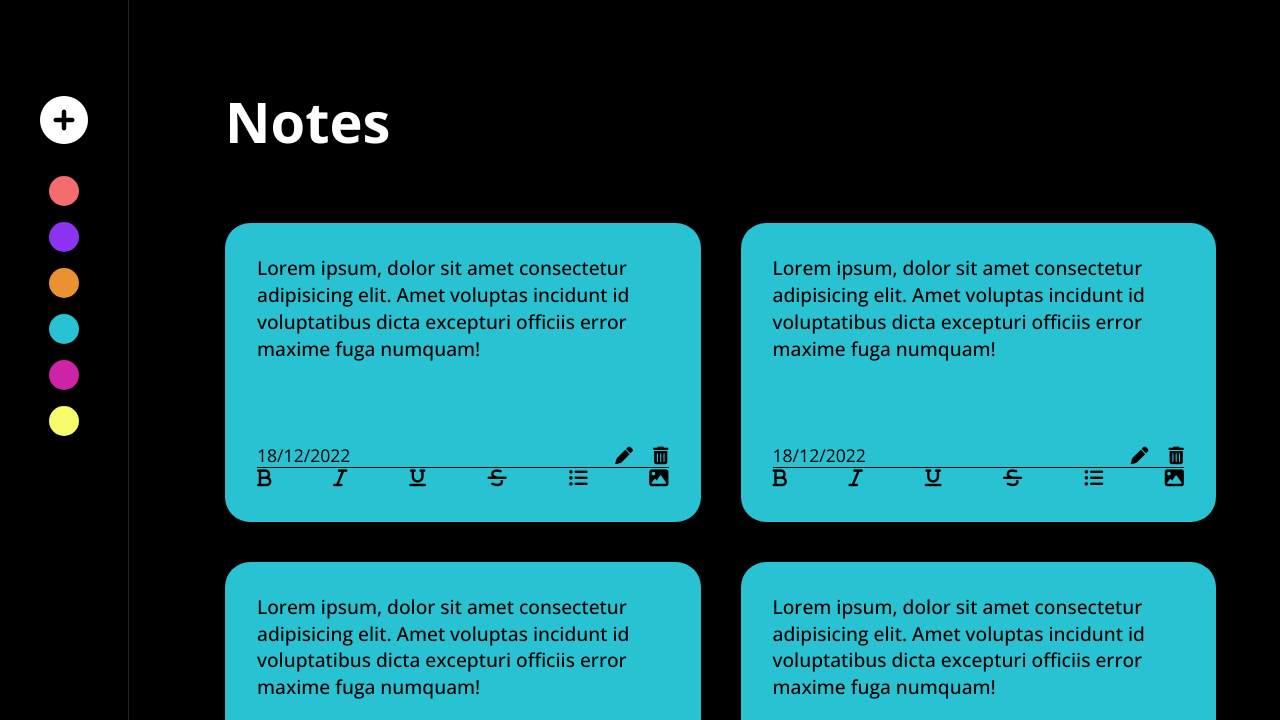
Repository: emiliaiwu/notes_app
Page: index.html
The author's editor kept a copy of each file at every save. The page is drawn from the files as they stood at one save, then again after a run of saves.
The browser window is 1280 px wide. The pictures show the whole page.
An inner scrolling area shows only its first screen. Some web libraries are served in a nearby version.

Above is the page before, as saved 2022-12-19 23:35:07.

After the next 3 saves:
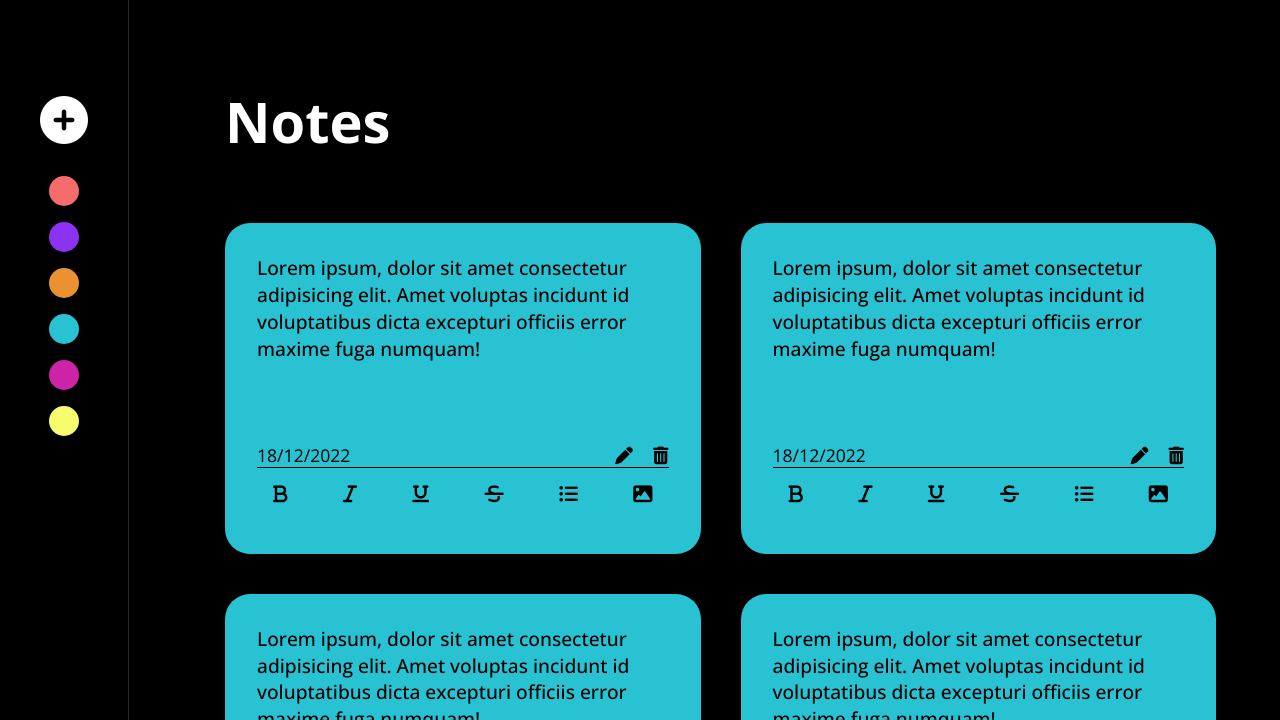
The 3 saves are shown as one change because they came seconds apart.
The last was saved 12 s later.
--- a/style.css
+++ b/style.css
@@ -135,7 +135,7 @@ small {
 .edit_settings {
     border-top: 1px solid;
     width: 100%;
-    ma
+    padding: 1rem;
 }
 
 ul li i {
